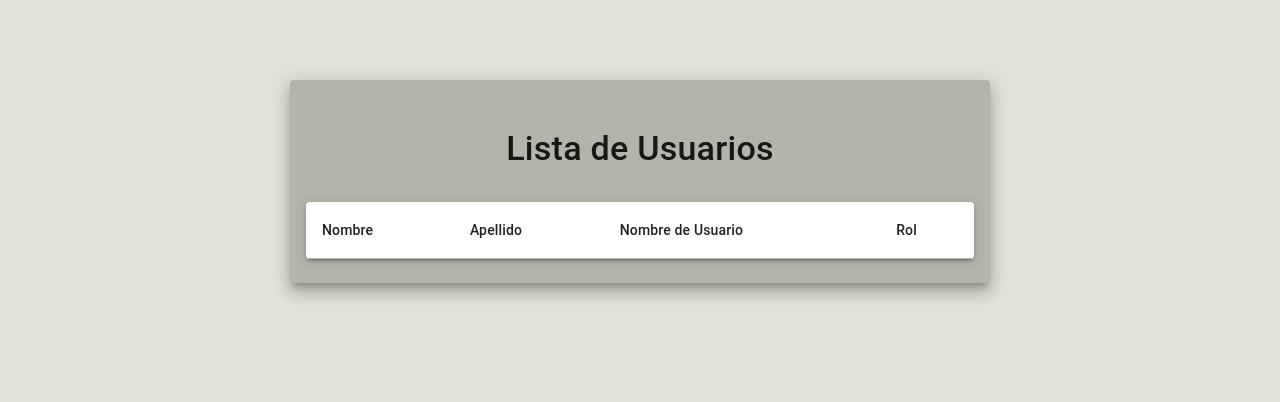
Repository: Mpablom/usuarioCaC-integrador-final-front
Page: /usuarios
An editor plug-in stored every save of this project. The page is shown before and after the next save, followed by the edit.
The browser window is 1280 px wide. The pictures show the whole page.
The page's requests for data from a server got no answer. The project was rebuilt for these pictures with package versions that can differ from the ones it lists, and the page was loaded fresh each time. No one was signed in, and anything a server would have sent is missing. Also part of the build but not shown: vite.config.ts, src/components/Login.tsx.

Above is the page before, as saved 2024-07-11 00:18:26.

After the next save:
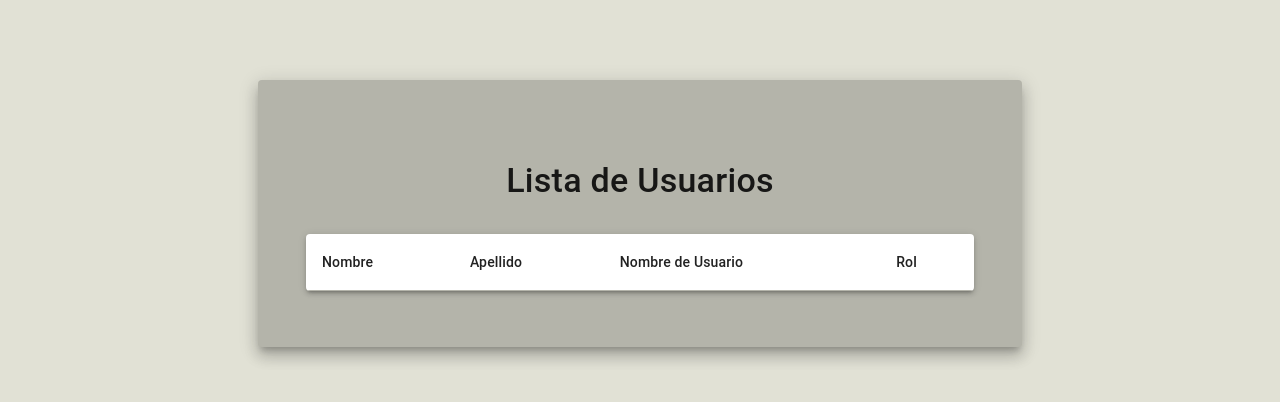
Saved 35 s later.
--- a/src/components/UsuariosTable.tsx
+++ b/src/components/UsuariosTable.tsx
@@ -32,7 +32,7 @@ const UsuariosTable: React.FC = () => {
   }, []);
 
   return (
-    <Card sx={{ maxWidth: 700, margin: "auto", boxShadow:'10', mt: 10, bgcolor:"#B4B4AA" }}>
+    <Card sx={{ maxWidth: 700, margin: "auto", boxShadow:'10', mt: 10, p: 4, bgcolor:"#B4B4AA" }}>
       <CardContent>
          <Typography variant="h4" component="h1" p={4} textAlign={"center"} fontWeight={500}>
           Lista de Usuarios
